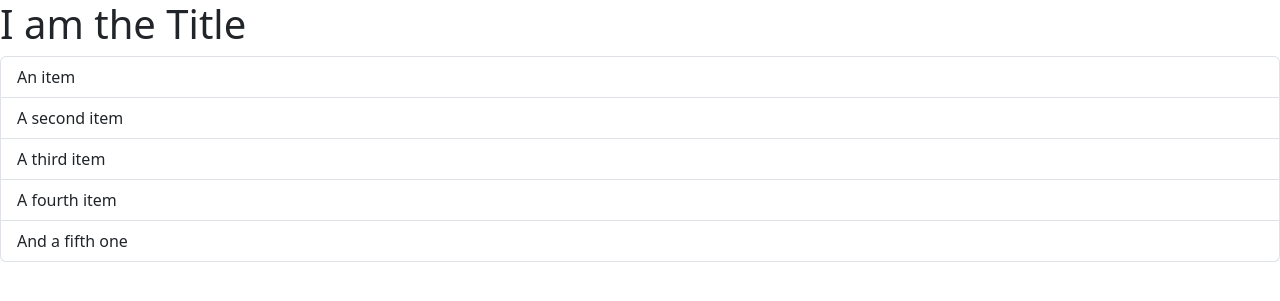
Repository: ahmad-dev7/TrendWear
Page: / (app in trend_wear_dashboard/)
The author's editor kept a copy of each file at every save. The page is drawn from the files as they stood at one save, then again after the next save.
The browser window is 1280 px wide. The pictures show the whole page.
The project was rebuilt for these pictures with package versions that can differ from the ones it lists, and the page was loaded fresh each time. Also part of the build but not shown: trend_wear_dashboard/vite.config.ts.

Above is the page before, as saved 2025-01-18 10:46:19.

### trend_wear_dashboard/src/App.tsx
import ListTile from "./ListTile";

function App() {
  return (
    <div>
      <ListTile />
    </div>
  );
}

export default App;

### trend_wear_dashboard/src/ListTile.tsx
function ListTile() {
  return (
    <>
      <h1 className="list-title">I am the Title</h1>
      <ul className="list-group">
        <li className="list-group-item">An item</li>
        <li className="list-group-item">A second item</li>
        <li className="list-group-item">A third item</li>
        <li className="list-group-item">A fourth item</li>
        <li className="list-group-item">And a fifth one</li>
      </ul>
    </>
  );
}

export default ListTile;

Loaded but not shown: trend_wear_dashboard/index.html (common file); trend_wear_dashboard/src/main.tsx (common file)

After the next save:
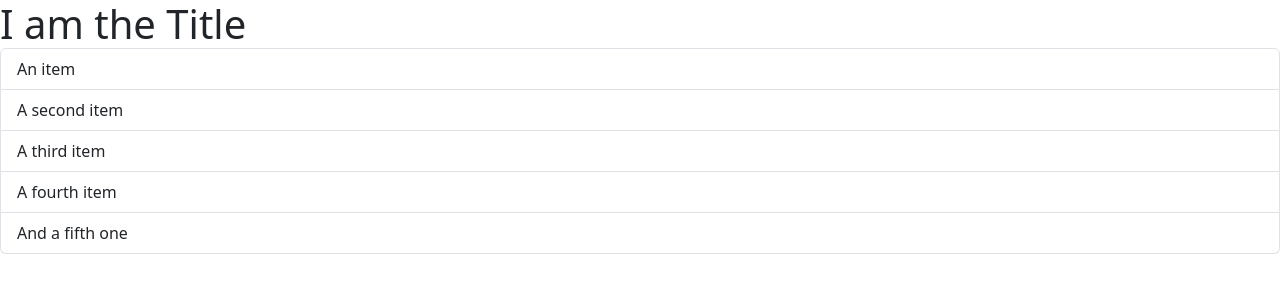
Saved 17 s later.
--- a/trend_wear_dashboard/src/ListTile.tsx
+++ b/trend_wear_dashboard/src/ListTile.tsx
@@ -1,7 +1,7 @@
 function ListTile() {
   return (
     <>
-      <h1 className="list-title">I am the Title</h1>
+      <h1 className="list-group">I am the Title</h1>
       <ul className="list-group">
         <li className="list-group-item">An item</li>
         <li className="list-group-item">A second item</li>
